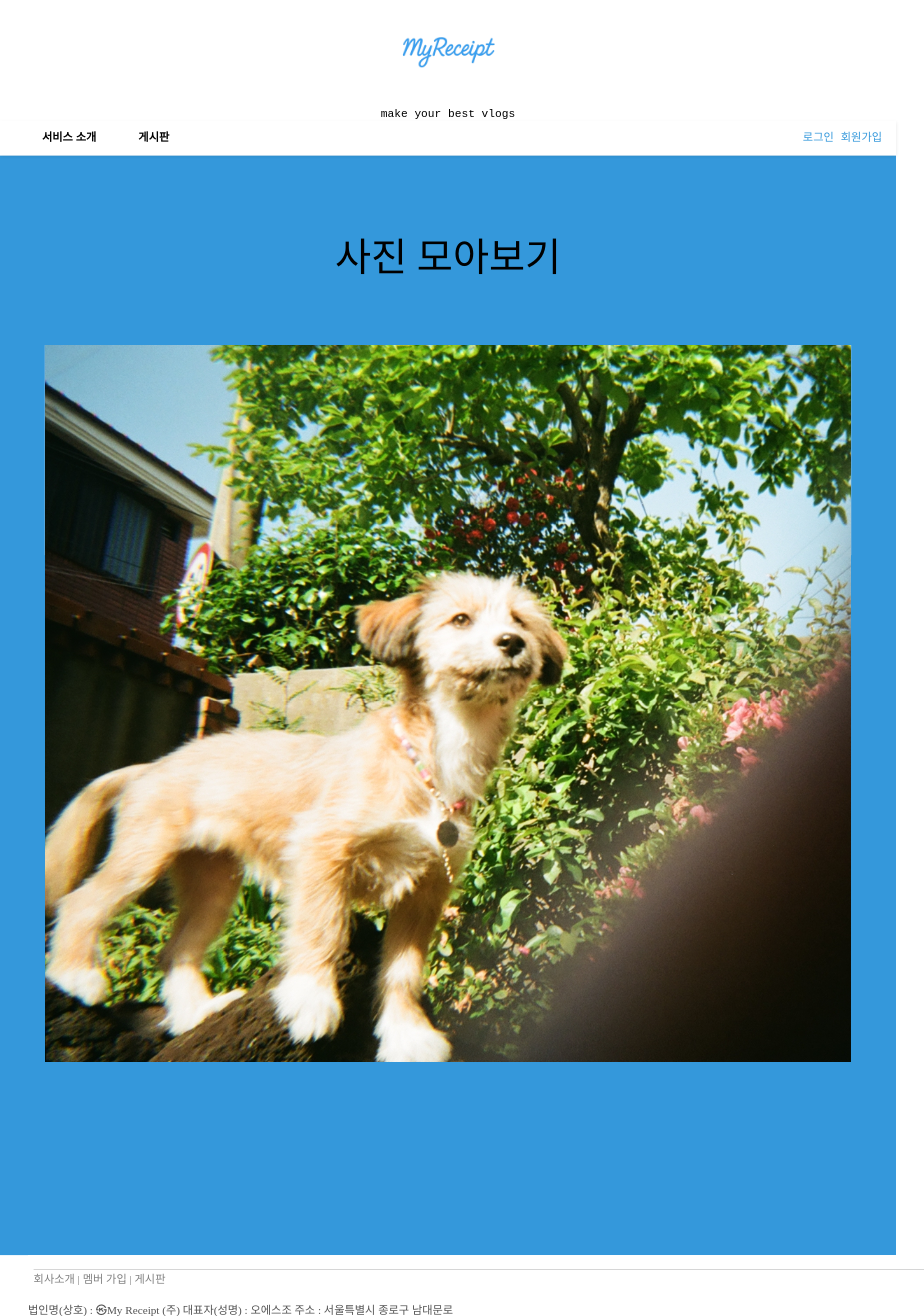
Repository: shong69/mini-project
Page: http://localhost/myReceipt2/index
The author's editor kept a copy of each file at every save. The page is drawn from the files as they stood at one save, then again after the next save.
The browser window is 1280 px wide. The page is 1320 px wide, so the pictures cover 1320 px, including what lies to the right of the window. The pictures show the part of the page from y = 0 to 1880 px (the page is 3037 px tall before and 2002 px after), at 70% of full size.
Some web fonts or font styles are not loaded; a fallback is used. The page is served by Tomcat 10.

Above is the page before, as saved 2025-05-07 01:42:44.

After the next save:
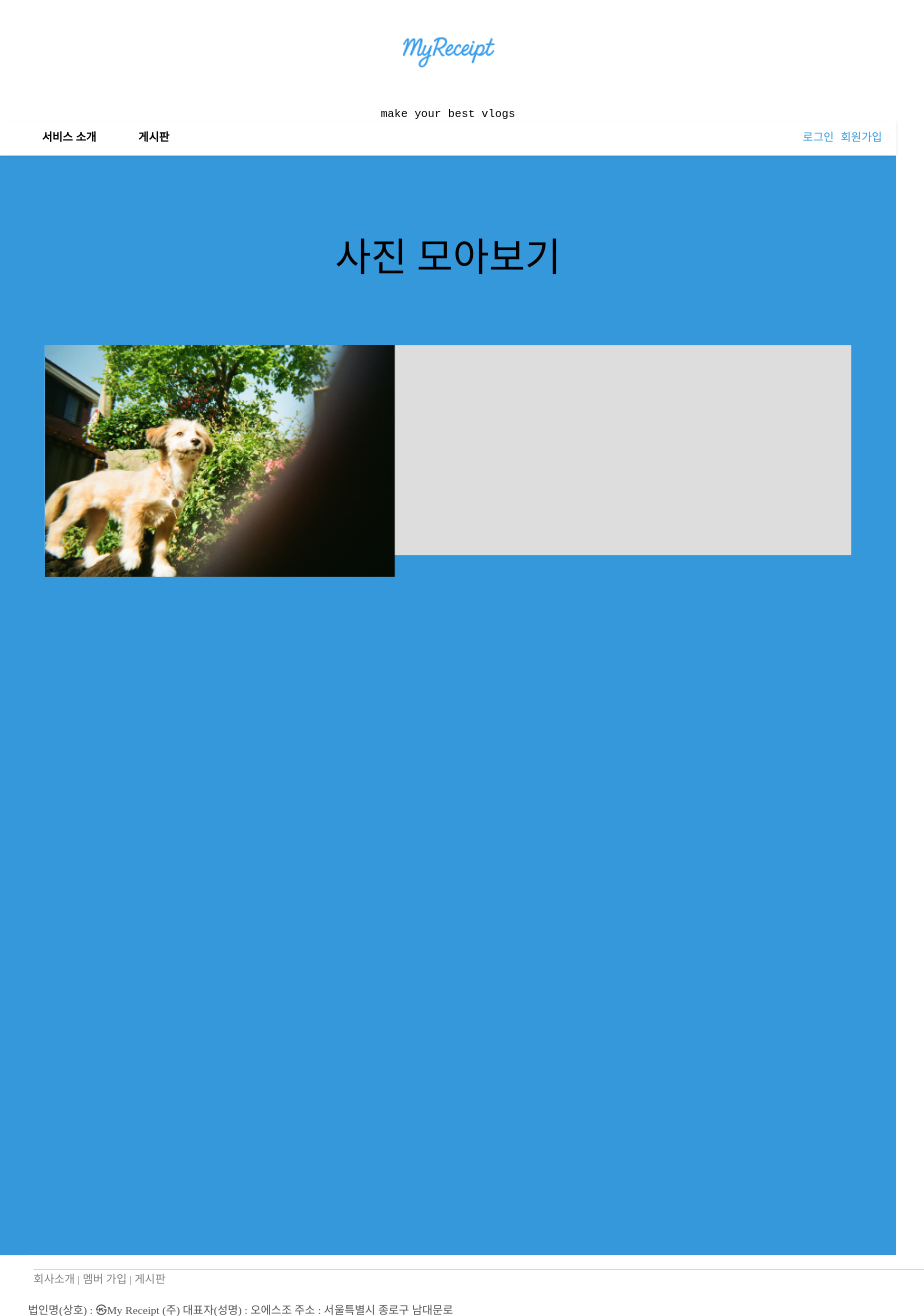
Saved 47 s later.
--- a/jspProject/myReceipt2/src/main/webapp/WEB-INF/views/index.jsp
+++ b/jspProject/myReceipt2/src/main/webapp/WEB-INF/views/index.jsp
@@ -7,7 +7,12 @@
 <title>My Receipt</title>
 <link rel="stylesheet" type="text/css" href="resources/css/main.css">
 <link rel="stylesheet" type="text/css" href="//cdn.jsdelivr.net/npm/slick-carousel@1.8.1/slick/slick.css"/>
-
+<style rel="stylesheet">
+img{
+	max-height:500px;
+	max-width:500px;
+}
+</style>
 <script type="text/javascript" src="resources/js/jquery-3.1.1.min.js"></script>
 <script type="text/javascript" src="//cdn.jsdelivr.net/npm/slick-carousel@1.8.1/slick/slick.min.js"></script>
 <script type="text/javascript">
